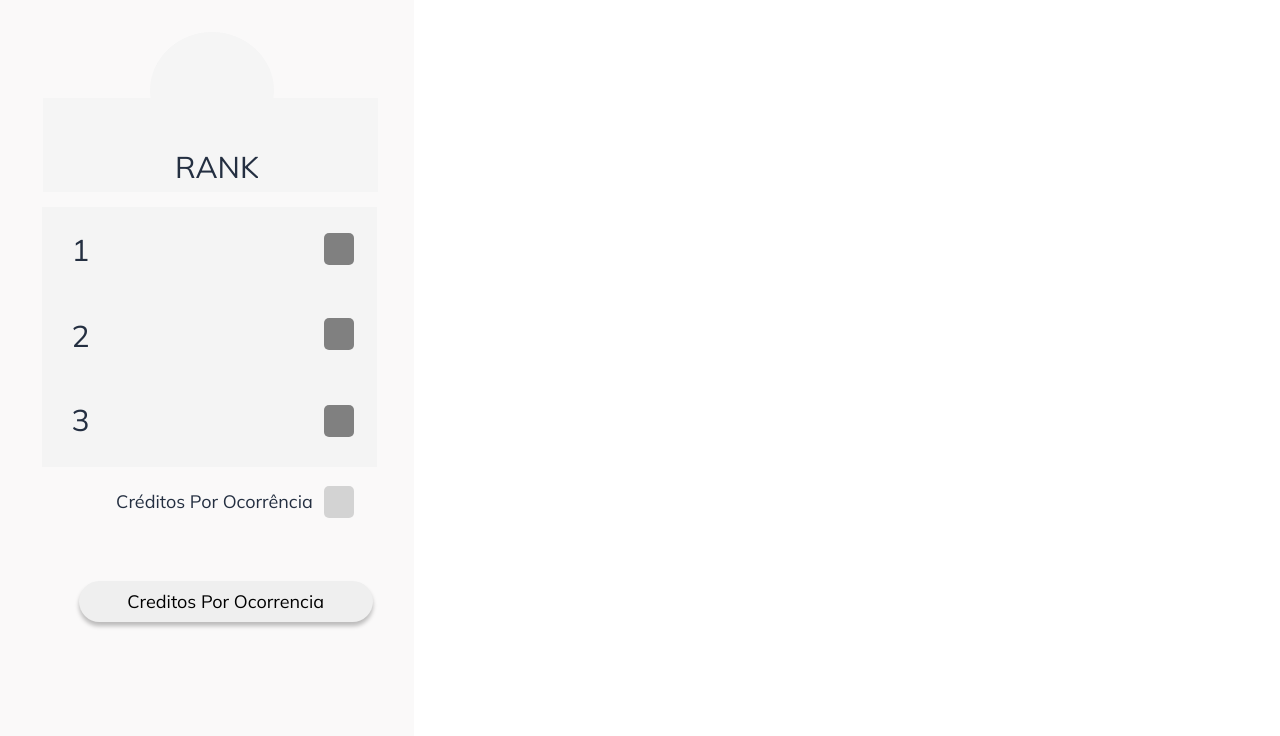
Repository: UnivMinho/D12_frontend
Page: Responsável no Terreno/Front-Office/Rank.html
The author's editor kept a record of every edit. The page is drawn from the files as they stood at one moment, then again after the next edit.
The browser window is 1280 px wide. The pictures show the whole page.
Some web libraries are served in a nearby version.

Above is the page before.

After the next edit:
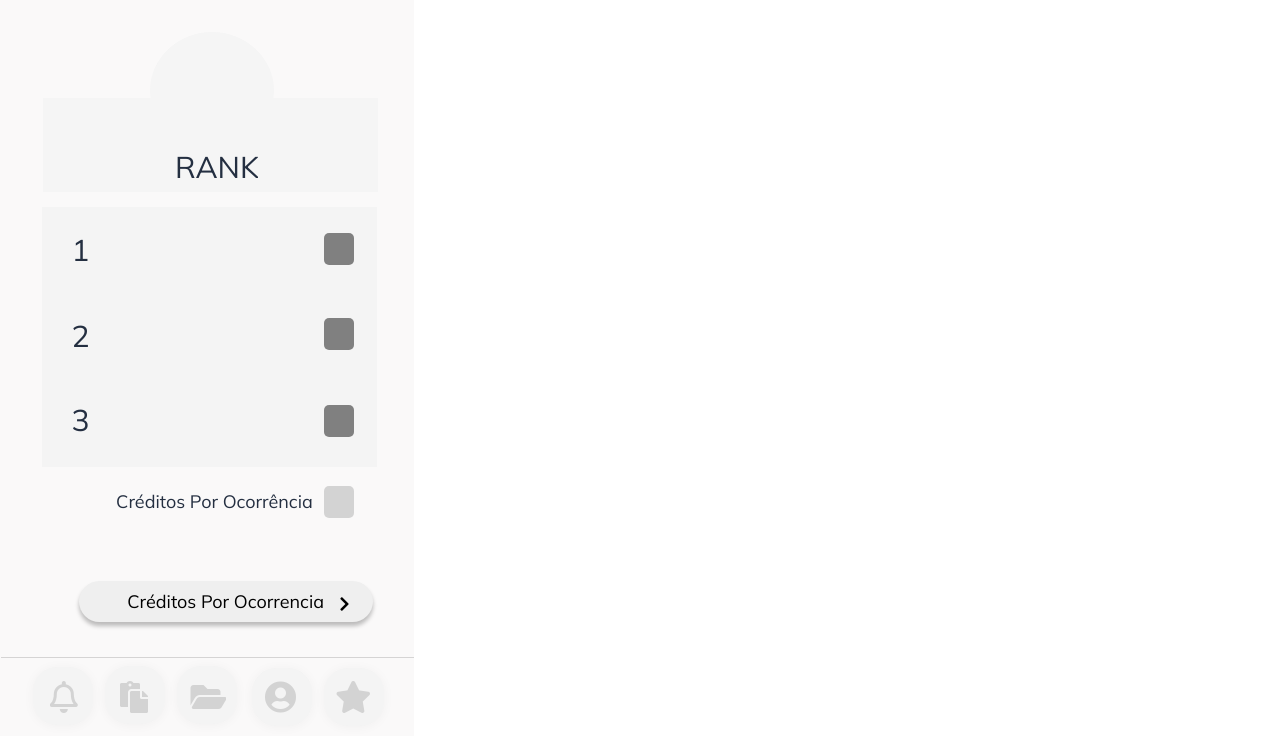
The edit:
--- a/Responsável no Terreno/Front-Office/Rank.html
+++ b/Responsável no Terreno/Front-Office/Rank.html
@@ -24,7 +24,21 @@
         <span class="textOne">1</span> <!--caixa de texto a dizer "1"-->
         <span class="textTwo">2</span> <!--caixa de texto a dizer "2"-->
         <span class="textThree">3</span> <!--caixa de texto a dizer "3"-->
-        <button id="CreditosPorOcorrencia" class="CreditosPorOcorrencia">Creditos Por Ocorrencia</button>
+        <button id="CreditosPorOcorrencia" class="CreditosPorOcorrencia">Créditos Por Ocorrencia</button>
+        <i id="arrowCreditosPorOcorrencia" class="fas fa-chevron-right"></i>
+
+    <div class="bottombar"></div> <!-- barra inferrior-->
+        <div class="firstsquare"></div> <!--primeiro quadrado-->
+        <div class="secondsquare"></div> <!--segundo quadrado-->
+        <div class="thirdsquare"></div> <!--terceiro quadrado-->
+        <div class="fourthsquare"></div> <!--quarto quadrado-->
+        <div class="fifthsquare"></div> <!--quinto quadrado-->
+        <button id="iconfirstsquarePaginaInicial" class="far fa-bell"></button> <!--icon primeiro quadrado-->
+        <button id="iconsecondsquarePaginaInicial" class="fas fa-paste"></button> <!--icon segundo quadrado-->
+        <button id="iconthirdsquarePaginaInicial" class="fas fa-folder-open"></button> <!--icon terceiro quadrado-->
+        <button id="iconfourthsquarePaginaInicial" class="fas fa-user-circle"></button> <!--icon quarto quadrado-->
+        <button id="iconfifthsquarePaginaInicial" class="fas fa-star"></button> <!--icon quinto quadrado-->
+
     </div>
 </body>
 
